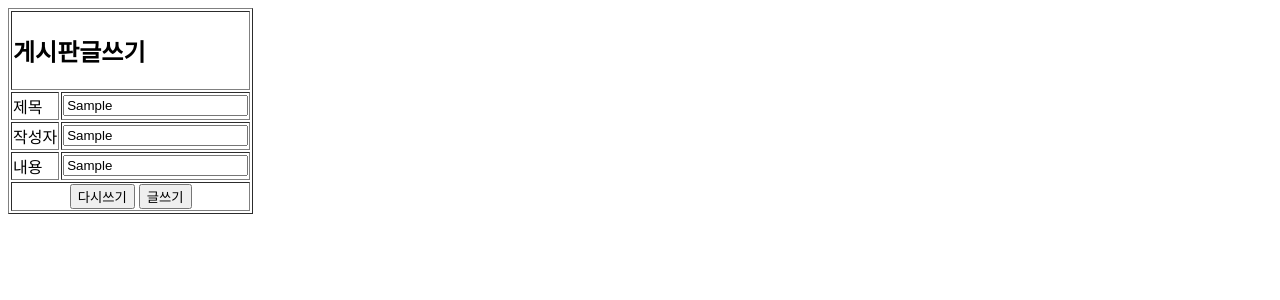
Repository: back-seung/academy
Page: http://localhost/SpringDay01/bbsInputForm
These files come from the project's save history. The page is drawn as it stood at one moment and after the next save; the edit follows.
The browser window is 1280 px wide. The pictures show the whole page.
Empty fields were first filled with sample values (such as "Sample", 5 or name@example.com).
After loading, the first visible `#alert` was clicked once.
The page is served by Tomcat 9. Other server files are loaded and not shown.

Above is the page before, as saved 2021-11-22 06:13:52.
Console error: ReferenceError: clickEvt is not defined
Not found: SpringDay01/JS/script.js

### SpringDay01/src/main/webapp/WEB-INF/views/bbsInput.jsp
<%@ page language="java" contentType="text/html; charset=EUC-KR"
	pageEncoding="EUC-KR"%>
<!DOCTYPE html>
<html lang="en">
<head>
<meta charset="UTF-8" />
<meta http-equiv="X-UA-Compatible" content="IE=edge" />
<meta name="viewport" content="width=device-width, initial-scale=1.0" />
<title>Document</title>
</head>
<body>
	<table border="1">
		<thead>
			<td colspan="2"><h2 id="head">게시판글쓰기</h2></td>
		</thead>
		<tbody>
			<tr>
				<td>제목</td>
				<td><input id="title" type="text" name="" /></td>
			</tr>
			<tr>
				<td>작성자</td>
				<td><input id="author" type="text" name="" /></td>
			</tr>
			<tr>
				<td>내용</td>
				<td><input id="content" type="text" name="" /></td>
			</tr>
			<tr>
				<th colspan="2"><input type="button" value="다시쓰기" /> <input
					id="alert" type="button" value="글쓰기" onclick="clickEvt()" /></th>
			</tr>
		</tbody>
	</table>
	<script src="/JS/script.js"></script>
</body>
</html>

After the next save:
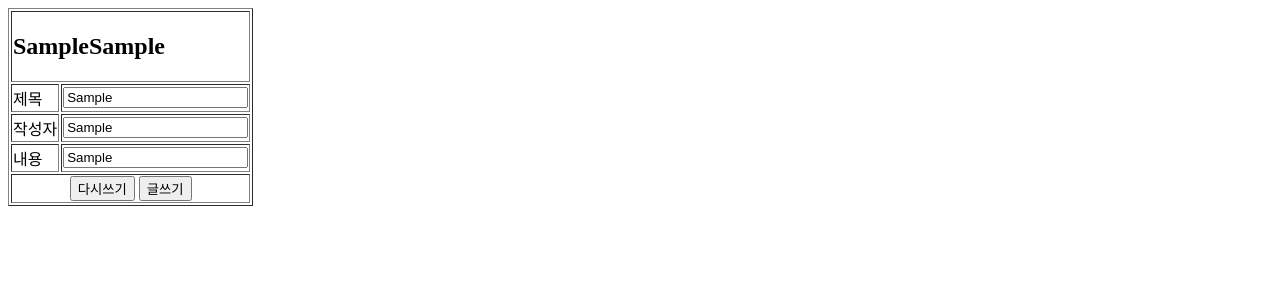
The error is gone.
Saved 27 s later.
--- a/SpringDay01/src/main/webapp/WEB-INF/views/bbsInput.jsp
+++ b/SpringDay01/src/main/webapp/WEB-INF/views/bbsInput.jsp
@@ -32,6 +32,18 @@
 			</tr>
 		</tbody>
 	</table>
-	<script src="/JS/script.js"></script>
+	<script>
+		const head = document.getElementById("head");
+		const btn = document.getElementById("alert");
+		const title = document.getElementById("title");
+		const author = document.getElementById("author");
+		const content = document.getElementById("content");
+
+		function clickEvt() {
+			btn.addEventListener("click", alert("제목 : " + title.value
+					+ "\n내용 : " + content.value));
+			head.innerHTML = title.value + author.value;
+		}
+	</script>
 </body>
 </html>
